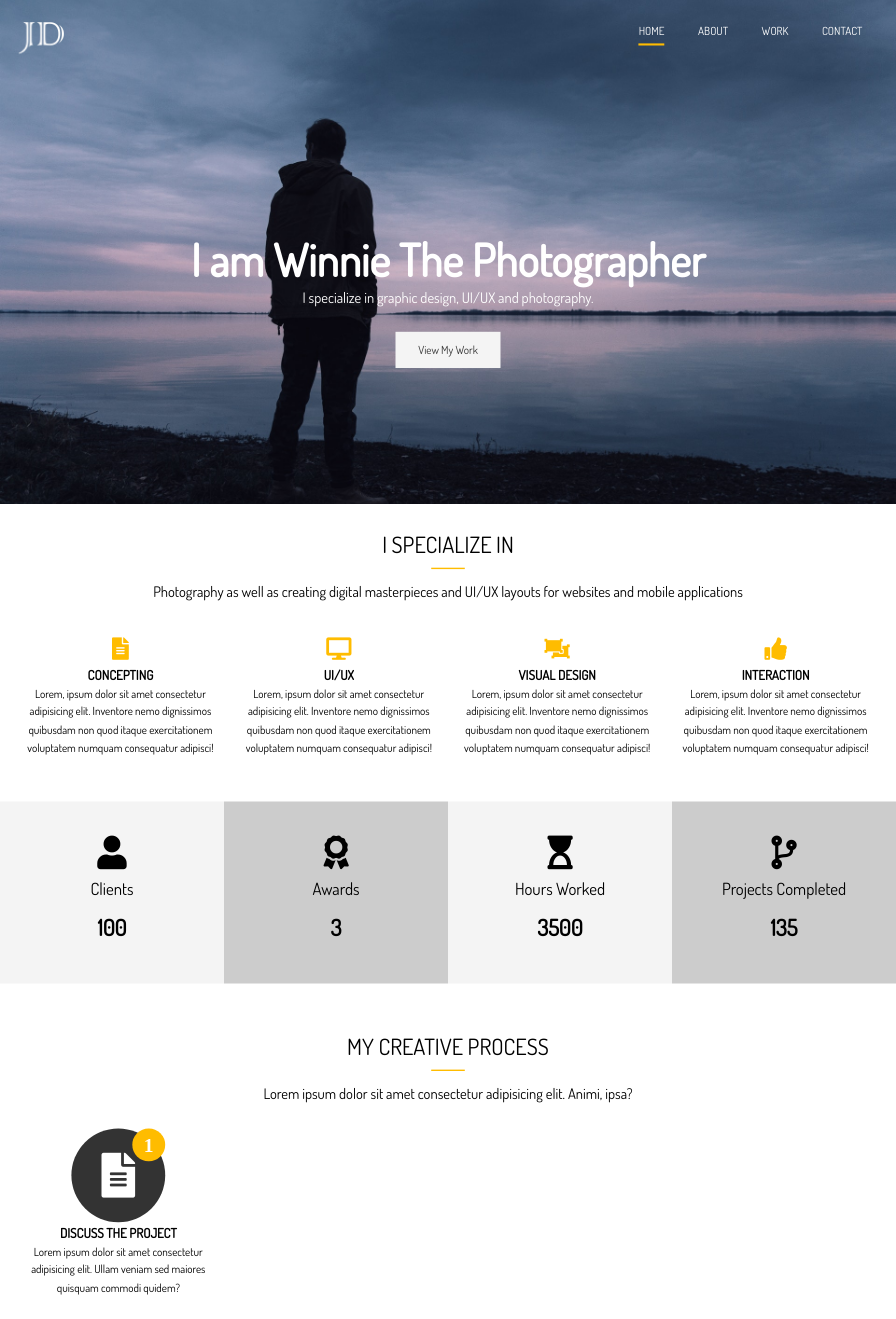
Repository: minhtien9/Portfolio_Website
Page: diet/index.html
An editor plug-in stored every save of this project. The page is shown before and after the next save, followed by the edit.
The browser window is 1280 px wide. The pictures show the whole page, at 70% of full size.

Above is the page before, as saved 2021-08-28 22:34:35.

After the next save:
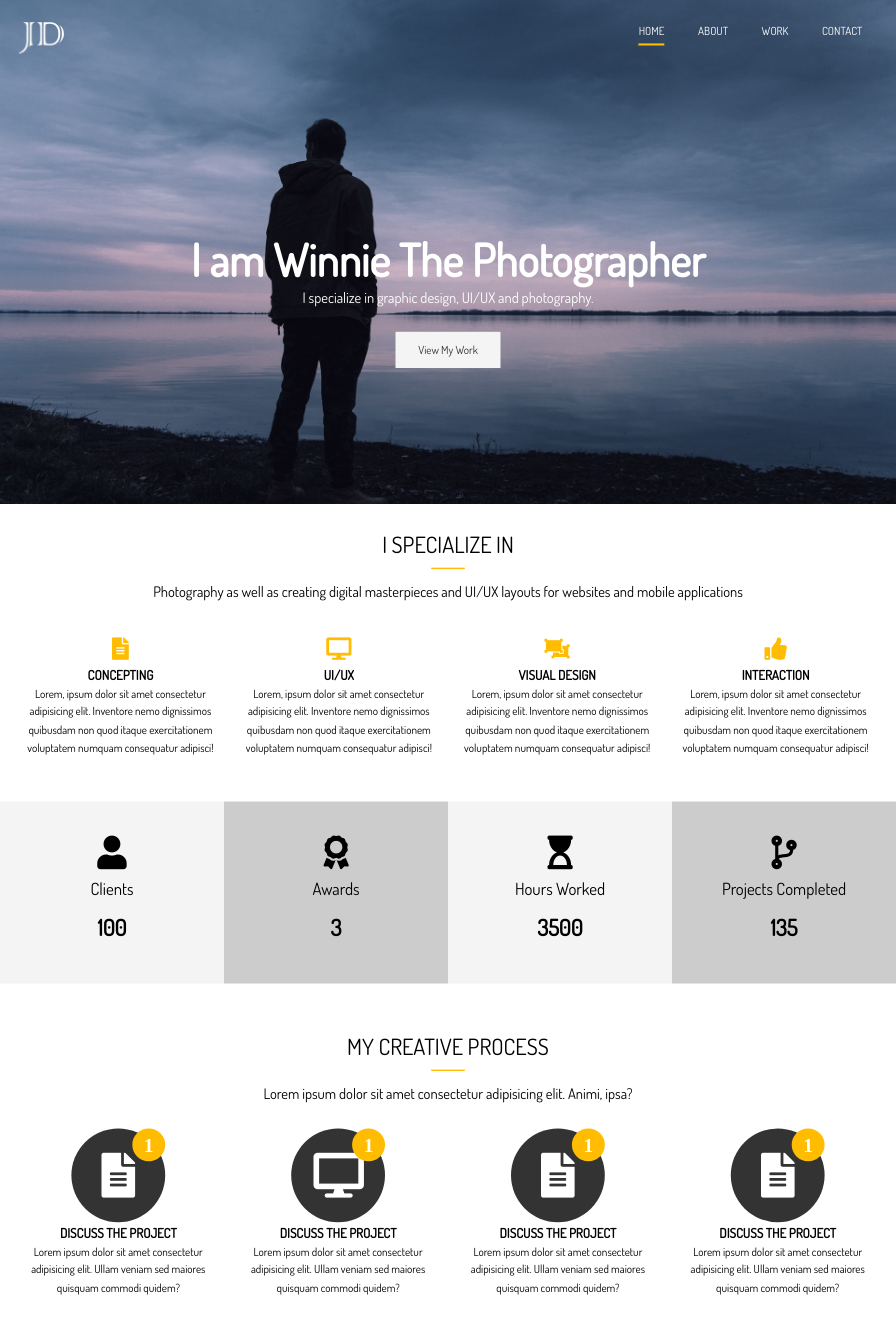
Saved 32 s later.
--- a/diet/index.html
+++ b/diet/index.html
@@ -151,6 +151,39 @@
               veniam sed maiores quisquam commodi quidem?
             </p>
           </div>
+          <div>
+            <i class="fas fa-desktop fa-4x process-icon my-2">
+              <div class="process-step">1</div>
+            </i>
+            <div class="clr"></div>
+            <h3>Discuss The Project</h3>
+            <p>
+              Lorem ipsum dolor sit amet consectetur adipisicing elit. Ullam
+              veniam sed maiores quisquam commodi quidem?
+            </p>
+          </div>
+          <div>
+            <i class="fas fa-file-alt fa-4x process-icon my-2">
+              <div class="process-step">1</div>
+            </i>
+            <div class="clr"></div>
+            <h3>Discuss The Project</h3>
+            <p>
+              Lorem ipsum dolor sit amet consectetur adipisicing elit. Ullam
+              veniam sed maiores quisquam commodi quidem?
+            </p>
+          </div>
+          <div>
+            <i class="fas fa-file-alt fa-4x process-icon my-2">
+              <div class="process-step">1</div>
+            </i>
+            <div class="clr"></div>
+            <h3>Discuss The Project</h3>
+            <p>
+              Lorem ipsum dolor sit amet consectetur adipisicing elit. Ullam
+              veniam sed maiores quisquam commodi quidem?
+            </p>
+          </div>
         </div>
       </div>
     </section>
